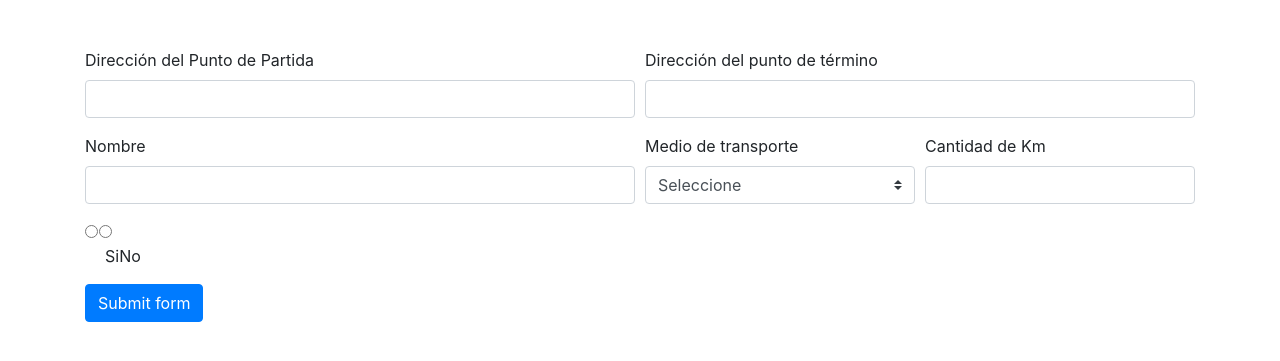
Repository: Jassan851031/foreachTask
Page: /
The author's editor kept a copy of each file at every save. The page is drawn from the files as they stood at one save, then again after the next save.
The browser window is 1280 px wide. The pictures show the whole page.
The project was rebuilt for these pictures with package versions that can differ from the ones it lists, and the page was loaded fresh each time. Also part of the build but not shown: src/App.css.

Above is the page before, as saved 2020-03-23 15:11:29.

After the next save:
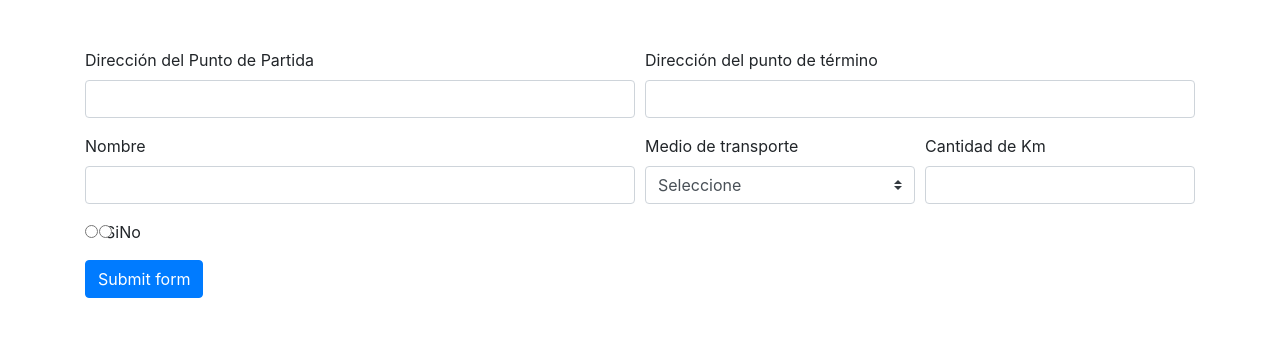
Saved 38 s later.
--- a/src/App.js
+++ b/src/App.js
@@ -44,7 +44,7 @@ function App() {
                 <input className="form-check-input" type="radio" value="" id="invalidCheck1" required />
                 <label className="form-check-label" for="invalidCheck1">Si</label>
                 <input className="form-check-input" type="radio" value="" id="invalidCheck2" required />
-                <label className="form-check-label mt-4" for="invalidCheck2">No</label>
+                <label className="form-check-label" for="invalidCheck2">No</label>
               </div>
             </div>
              </div>
